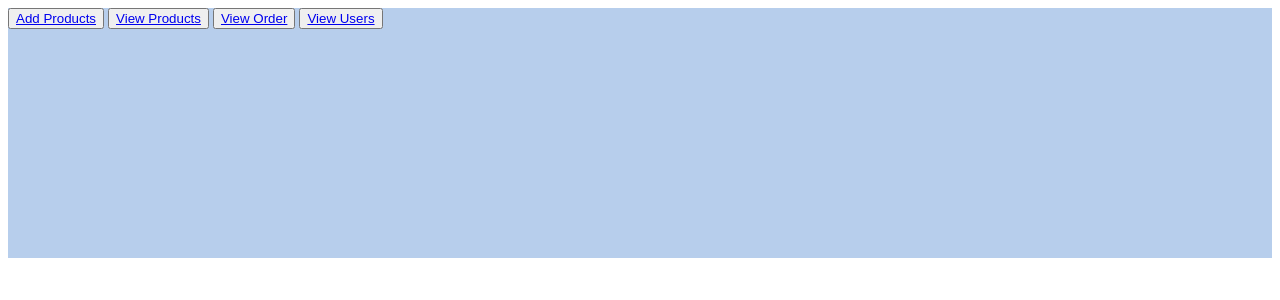
Repository: abhishekgandhi2398/BookStore
Page: http://localhost/BookStore/2.jsp
These files come from the project's save history. The page is drawn as it stood at one moment and after the next save; the edit follows.
The browser window is 1280 px wide. The pictures show the whole page.
The page is served by Tomcat 9. Other server files are loaded and not shown.

Above is the page before, as saved 2019-12-06 15:47:47.

### ProjectJava/BookStore/WebContent/2.jsp
<%@ page language="java" contentType="text/html; charset=ISO-8859-1"
    pageEncoding="ISO-8859-1"%>
<!DOCTYPE html>
<html>
<head>
<meta charset="ISO-8859-1">
<title>Insert title here</title>
</head>
<body>


<div style="background-color: #B7CEEC; height: 250px; width: 100%;" class="d-flex justify-content-center  align-items-center">







<button class="btn btn-dark"><a href="add_product.jsp">Add Products</a></button>


<button class="btn btn-dark"><a href="admin_view_product.jsp">View Products</a></button>


<button class="btn btn-dark"><a href="vieworderadmin.jsp">View Order</a></button>


<button class="btn btn-dark"><a href="admin_view_users.jsp">View Users</a></button>


</div>

</body>
</html>

After the next save:
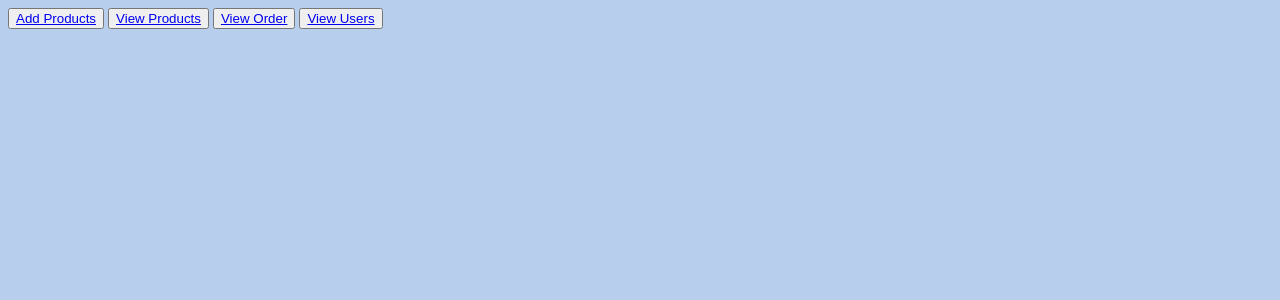
Saved 48 s later.
--- a/ProjectJava/BookStore/WebContent/2.jsp
+++ b/ProjectJava/BookStore/WebContent/2.jsp
@@ -6,7 +6,7 @@
 <meta charset="ISO-8859-1">
 <title>Insert title here</title>
 </head>
-<body>
+<body style="background-color: #B7CEEC;">
 
 
 <div style="background-color: #B7CEEC; height: 250px; width: 100%;" class="d-flex justify-content-center  align-items-center">
